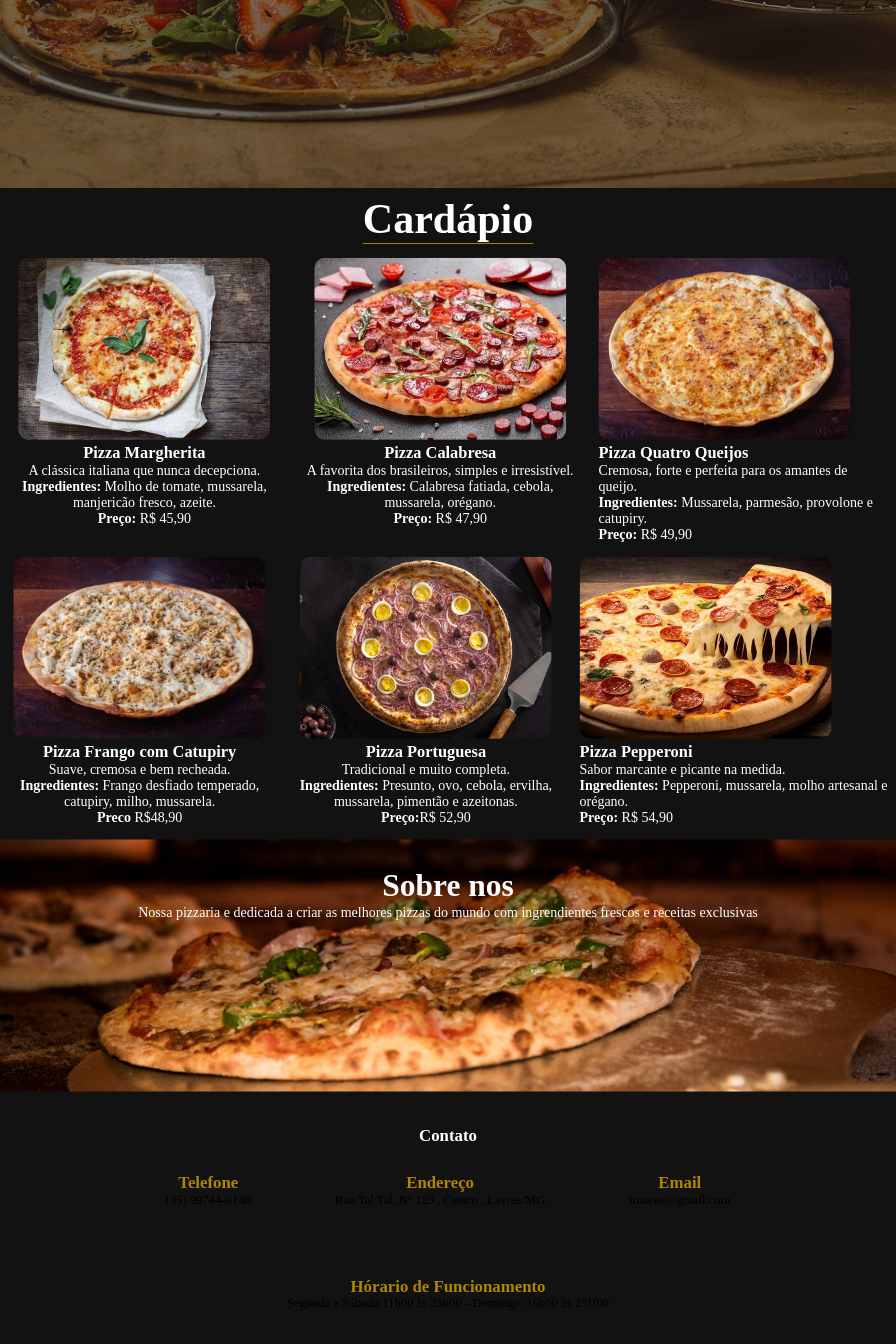
Repository: Mateushlp/landing-page-pizza
Page: index.html
The author's editor kept a copy of each file at every save. The page is drawn from the files as they stood at one save, then again after a run of saves.
The browser window is 1280 px wide. The pictures show the part of the page from y = 716 to 2636 px (the page is 2788 px tall), at 70% of full size.

Above is the page before, as saved 2026-05-03 11:08:27.

After the next 3 saves:
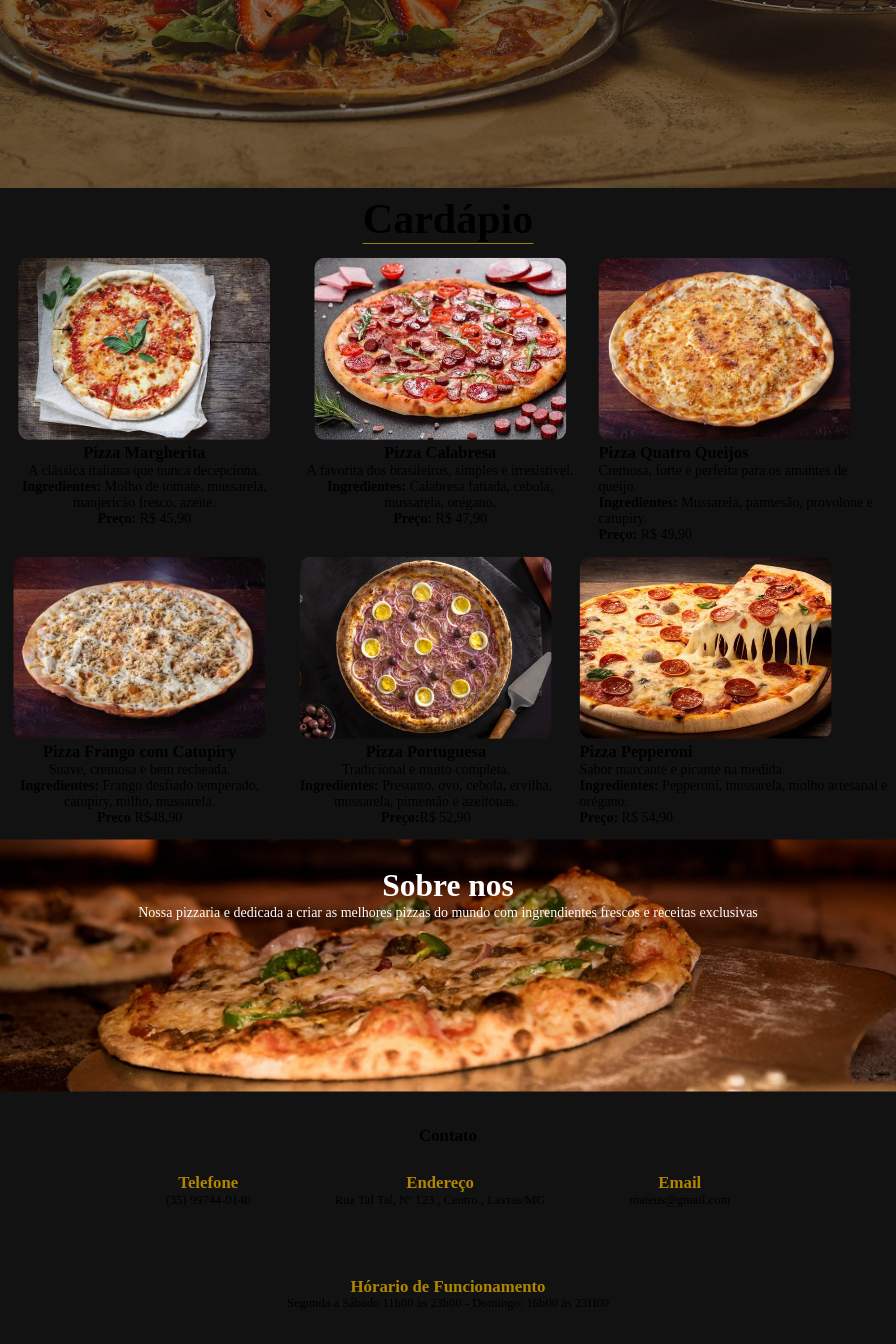
The 3 saves are shown as one change because they came seconds apart.
The last was saved 12 s later.
--- a/style.css
+++ b/style.css
@@ -5,7 +5,7 @@
 }
 body{
     background-color: #121212;
-    color:#fff;
+
 }
 
 nav ul {
